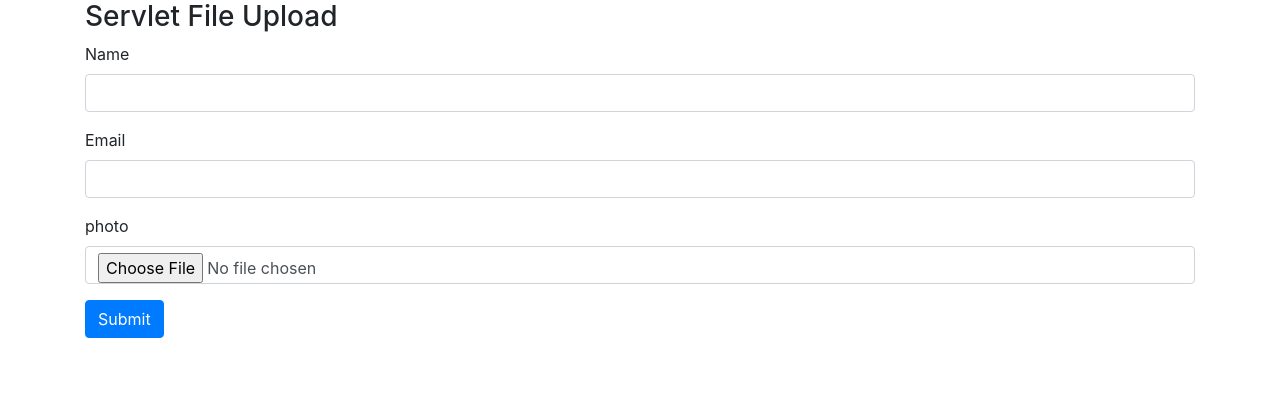
Repository: hnineiphyu-128/JavaEE_Exeercise_Lession
Page: http://localhost/07-Servlet-FileUpload/
An editor plug-in stored every save of this project. The page is shown before and after the next save, followed by the edit.
The browser window is 1280 px wide. The pictures show the whole page.
The page is served by Tomcat 9. Other server files are loaded and not shown.

Above is the page before, as saved 2020-12-21 09:45:12.

### 07-Servlet-FileUpload/src/main/webapp/index.jsp
<%@ page language="java" contentType="text/html; charset=ISO-8859-1"
    pageEncoding="ISO-8859-1"%>
<%@ taglib uri="http://java.sun.com/jsp/jstl/core" prefix="c" %>
<!DOCTYPE html>
<html>
<head>
<meta charset="ISO-8859-1">
<title>File Upload</title>

<!-- CSS -->
<link href="common/css/bootstrap.min.css" rel="stylesheet" type="text/css"/>

<!-- JS -->
<script type="text/javascript" src="common/js/jquery.min.js"></script>
<script type="text/javascript" src="common/js/bootstrap.min.js"></script>

</head>
<body>

	<div class="container">
	<div class="row">
		<div class="col">
			<h3>Servlet File Upload</h3>
			<c:url value="/register" var="action"></c:url>
			<form action="${action}" method="post" enctype="multipart/form-data">
				<div class="mb-3">
					<label for="name" class="form-label">Name</label>
					<input type="text" class="form-control" id="name" name="name" required="required">
				</div>
				<div class="mb-3">
					<label for="email" class="form-label">Email</label>
					<input type="email" class="form-control" id="email" name="email" required="required">
				</div>
				<div class="mb-3">
					<label for="photo" class="form-label">photo</label>
					<input type="file" class="form-control" id="photo" name="photo" required="required">
				</div>
				<button type="submit" class="btn btn-primary">Submit</button>
			</form>
		</div>
	</div>
	</div>
</body>
</html>

Loaded but not shown: 07-Servlet-FileUpload/src/main/webapp/common/css/bootstrap.min.css (library); 07-Servlet-FileUpload/src/main/webapp/common/js/jquery.min.js (library); 07-Servlet-FileUpload/src/main/webapp/common/js/bootstrap.min.js (library)

After the next save:
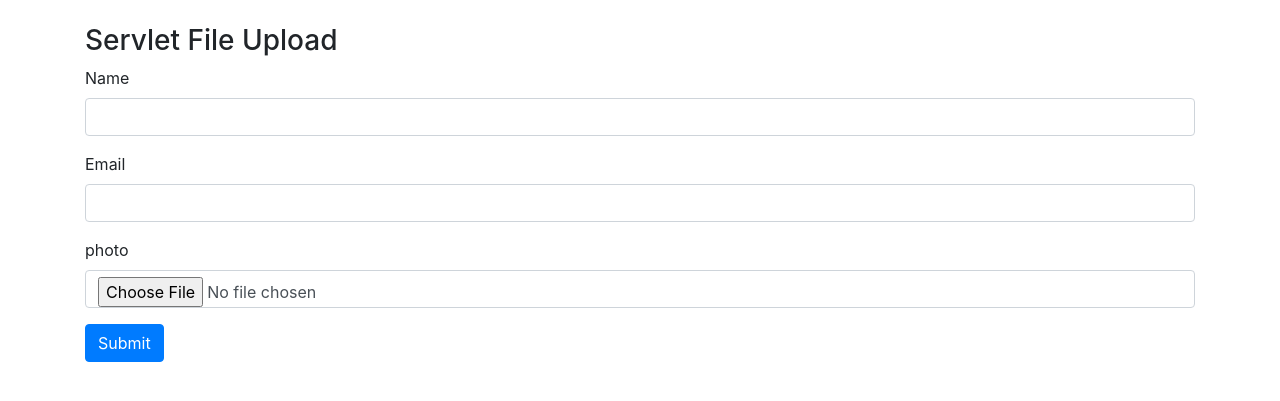
Saved 10 s later.
--- a/07-Servlet-FileUpload/src/main/webapp/index.jsp
+++ b/07-Servlet-FileUpload/src/main/webapp/index.jsp
@@ -19,7 +19,7 @@
 
 	<div class="container">
 	<div class="row">
-		<div class="col">
+		<div class="col my-4">
 			<h3>Servlet File Upload</h3>
 			<c:url value="/register" var="action"></c:url>
 			<form action="${action}" method="post" enctype="multipart/form-data">
